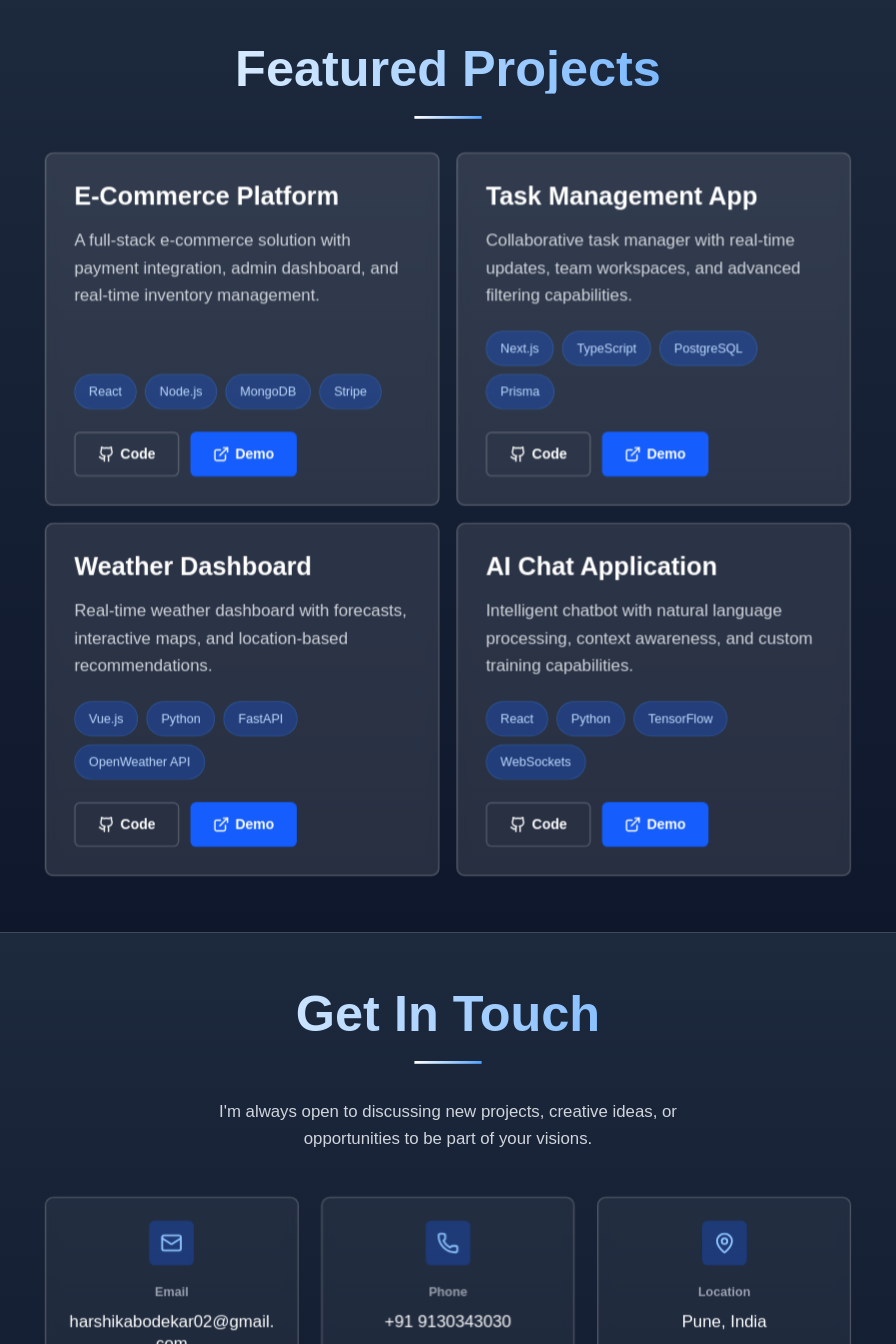
Repository: harshikabodekar/portfolio_awp
Page: /
An editor plug-in stored every save of this project. The page is shown before and after the next save, followed by the edit.
The browser window is 1280 px wide. The pictures show the part of the page from y = 2994 to 4914 px (the page is 5432 px tall before and 5182 px after), at 70% of full size.
The project was rebuilt for these pictures with package versions that can differ from the ones it lists, and the page was loaded fresh each time. The framework's server and built-in components were replaced by stand-ins that run in the browser. Also part of the build but not shown: next.config.mjs.

Above is the page before, as saved 2025-10-15 21:34:03.

### src/app/page.js
import Navbar from "./components/Navbar";
import Hero from "./components/Hero";
import About from "./components/About";
import Skills from "./components/Skills";
import Project from "./components/Project";
import Contact from "./components/Contact";

export default function Home() {
  return (
    <main>
      <Navbar />
      <Hero />
      <About />
      <Skills />
      <Project />
      <Contact />
    </main>
  );
}

### src/app/components/Navbar.js
import React from 'react';

const Navbar = () => {
  return (
    <nav className="bg-gray-900 text-white py-4 px-6 fixed w-full top-0 left-0 z-50 shadow-lg">
      <div className="container mx-auto flex justify-between items-center">
        <h1 className="text-4xl font-bold">My Portfolio</h1>
        <ul className="flex space-x-12">
          <li><a href="#home" className="hover:text-blue-400 text-2xl">Home</a></li>
          <li><a href="#about" className="hover:text-blue-400 text-2xl">About</a></li>
          <li><a href="#skills" className="hover:text-blue-400 text-2xl">Skills</a></li>
          <li><a href="#projects" className="hover:text-blue-400 text-2xl">Projects</a></li>
          <li><a href="#contact" className="hover:text-blue-400 text-2xl">Contact</a></li>
        </ul>
      </div>
    </nav>
  );
};

export default Navbar;

### src/app/components/Hero.js
"use client";
import { Github, Linkedin, Mail } from 'lucide-react';
import Image from 'next/image';

const Hero = () => {
  return (
    <section
      id="home"
      className="py-20 px-6 bg-gradient-to-b from-slate-800 to-slate-900 text-white min-h-screen flex items-center justify-center"
    >
      <div className="container mx-auto px-4">
        <div className="max-w-6xl mx-auto">

          {/* Profile Image */}
          <div className="flex justify-center mb-12">
            <div className="relative w-64 h-64 md:w-80 md:h-80 rounded-full overflow-hidden border-4 border-blue-400/30 shadow-2xl">
              <Image
                src="/profile.jpeg.jpeg"
                alt="Harshika Bodekar"
                fill
                className="object-cover"
                priority
              />
            </div>
          </div>

          {/* Text Content - Centered like About page */}
          <div className="text-center">
            <h1 className="text-4xl sm:text-5xl md:text-6xl lg:text-7xl font-bold mb-8 bg-gradient-to-r from-white to-blue-400 bg-clip-text text-transparent">
              Harshika Bodekar
            </h1>
            <div className="w-24 h-1 bg-gradient-to-r from-white to-blue-400 mx-auto mb-12"></div>

            <p className="text-xl md:text-2xl lg:text-3xl text-gray-300 mb-8 leading-relaxed">
              Computer Science Student | Frontend Developer
            </p>

            <p className="text-xl md:text-2xl lg:text-3xl text-gray-300 mb-12 leading-relaxed">
              Crafting elegant digital experiences with modern technologies.
              Passionate about clean code, intuitive design, and building products that make a difference.
            </p>

            <div className="flex gap-6 justify-center">
              <a
                href="https://github.com/harshikabodekar"
                target="_blank"
                rel="noopener noreferrer"
                className="p-4 rounded-full border-2 border-white/20 hover:border-blue-400/50 transition-all duration-300 hover:bg-white/10"
                aria-label="GitHub Profile"
              >
                <Github className="w-6 h-6" />
              </a>
              <a
                href="https://linkedin.com/in/harshikabodekar"
                target="_blank"
                rel="noopener noreferrer"
                className="p-4 rounded-full border-2 border-white/20 hover:border-blue-400/50 transition-all duration-300 hover:bg-white/10"
                aria-label="LinkedIn Profile"
              >
                <Linkedin className="w-6 h-6" />
              </a>
              <a
                href="mailto:harshikabodekar02@gmail.com"
                className="p-4 rounded-full border-2 border-white/20 hover:border-blue-400/50 transition-all duration-300 hover:bg-white/10"
                aria-label="Email Contact"
              >
                <Mail className="w-6 h-6" />
              </a>
            </div>
          </div>

        </div>
      </div>
    </section>
  );
};

export default Hero;

### src/app/components/About.js
import React from 'react';

const About = () => {
  return (
    <section id="about" className="py-20 px-6 bg-gradient-to-b from-slate-800 to-slate-900 text-white">
      <div className="container mx-auto px-4">
        <div className="max-w-6xl mx-auto">
          <h2 className="text-4xl sm:text-5xl md:text-6xl lg:text-7xl font-bold mb-8 text-center bg-gradient-to-r from-white to-blue-400 bg-clip-text text-transparent">
            About Me
          </h2>
          <div className="w-24 h-1 bg-gradient-to-r from-white to-blue-400 mx-auto mb-12"></div>

          <div className="text-center">
            <p className="text-xl md:text-2xl lg:text-3xl text-gray-300 leading-relaxed mb-8">
              I am Harshika Bodekar, a Computer Science student at Pimpri Chinchwad University.
              With developing expertise in computer science, I craft robust backend solutions.
            </p>
            <p className="text-xl md:text-2xl lg:text-3xl text-gray-300 leading-relaxed mb-8">
              My journey is driven by a passion for building scalable, efficient systems that power modern applications.
              I enjoy tackling complex challenges and exploring cutting-edge tech.
            </p>
            <p className="text-xl md:text-2xl lg:text-3xl text-gray-300 leading-relaxed">
              When I'm not coding, you'll find me exploring new technologies, contributing to
              open-source projects, or sharing knowledge with the developer community.
            </p>
          </div>
        </div>
      </div>
    </section>
  );
};

export default About;

### src/app/components/Skills.js
"use client";
import React from 'react';
import { Code, Database, Layout, Server, Globe, Palette } from 'lucide-react';

const Skills = () => {
  const skillCategories = [
    {
      icon: Code,
      title: "Frontend Development",
      skills: ["React", "Next.js", "JavaScript", "TypeScript", "HTML5", "CSS3", "Tailwind CSS"]
    },
    {
      icon: Server,
      title: "Backend Development",
      skills: [ "Python", "C++", "Java"]
    },
    {
      icon: Database,
      title: "Database",
      skills: ["MongoDB", "Supabase", "MySQL"]
    },
    {
      icon: Layout,
      title: "Tools & Frameworks",
      skills: ["Git", "GitHub", "VS Code", "Figma"]
    },

    {
      icon: Palette,
      title: "Design & UI/UX",
      skills: ["UI Design", "Wireframing", "Prototyping", "User Research"]
    }
  ];

  return (
    <section id="skills" className="py-20 px-6 bg-gradient-to-b from-slate-800 to-slate-900 text-white">
      <div className="container mx-auto px-4">
        <div className="max-w-7xl mx-auto">
          <h2 className="text-4xl sm:text-5xl md:text-6xl lg:text-7xl font-bold mb-8 text-center bg-gradient-to-r from-white to-blue-400 bg-clip-text text-transparent">
            Skills & Expertise
          </h2>
          <div className="w-24 h-1 bg-gradient-to-r from-white to-blue-400 mx-auto mb-12"></div>

          <p className="text-center text-xl md:text-2xl text-gray-300 mb-16 max-w-3xl mx-auto leading-relaxed">
            A comprehensive set of technical skills and tools I use to build modern, scalable applications.
          </p>

          <div className="grid sm:grid-cols-1 md:grid-cols-2 lg:grid-cols-3 gap-10 items-start">
            {skillCategories.map((category, index) => {
              const IconComponent = category.icon;
              return (
                <div
                  key={index}
                  className="border-2 border-white/20 rounded-xl p-10 min-h-[320px] hover:border-blue-400/50 transition-all duration-300 backdrop-blur-sm bg-white/5 group flex flex-col"
                >
                  <div className="flex items-center gap-4 mb-8">
                    <div className="p-4 bg-blue-600/30 rounded-lg group-hover:bg-blue-600/50 transition-all duration-300">
                      <IconComponent className="w-10 h-10 text-blue-300" />
                    </div>
                    <h3 className="text-2xl md:text-3xl font-bold text-white group-hover:text-blue-400 transition-colors">
                      {category.title}
                    </h3>
                  </div>

                  <div className="flex flex-wrap gap-3 flex-1">
                    {category.skills.map((skill, skillIndex) => (
                      <span
                        key={skillIndex}
                        className="px-5 py-2.5 bg-white/10 border border-white/20 rounded-full text-base md:text-lg text-gray-200 hover:bg-blue-600/30 hover:border-blue-400/50 transition-all duration-300 font-medium"
                      >
                        {skill}
                      </span>
                    ))}
                  </div>
                </div>
              );
            })}
          </div>
        </div>
      </div>
    </section>
  );
};

export default Skills;

### src/app/components/Project.js
import React from 'react';
import ProjectCard from './ProjectCard';
import { projectsData } from '../data/projects';

const Projects = () => {
  const projects = [
    {
      title: "E-Commerce Platform",
      description: "A full-stack e-commerce solution with payment integration, admin dashboard, and real-time inventory management.",
      tech: ["React", "Node.js", "MongoDB", "Stripe"],
      github: "https://github.com",
      demo: "https://demo.com"
    },
    {
      title: "Task Management App",
      description: "Collaborative task manager with real-time updates, team workspaces, and advanced filtering capabilities.",
      tech: ["Next.js", "TypeScript", "PostgreSQL", "Prisma"],
      github: "https://github.com",
      demo: "https://demo.com"
    },
    {
      title: "Weather Dashboard",
      description: "Real-time weather dashboard with forecasts, interactive maps, and location-based recommendations.",
      tech: ["Vue.js", "Python", "FastAPI", "OpenWeather API"],
      github: "https://github.com",
      demo: "https://demo.com"
    },
    {
      title: "AI Chat Application",
      description: "Intelligent chatbot with natural language processing, context awareness, and custom training capabilities.",
      tech: ["React", "Python", "TensorFlow", "WebSockets"],
      github: "https://github.com",
      demo: "https://demo.com"
    }
  ];

  return (
    <section id="projects" className="py-20 px-6 bg-gradient-to-b from-slate-800 to-slate-900 text-white">
      <div className="container mx-auto px-4">
        <div className="max-w-6xl mx-auto">
          <h2 className="text-4xl sm:text-5xl md:text-6xl lg:text-7xl font-bold mb-8 text-center bg-gradient-to-r from-white to-blue-400 bg-clip-text text-transparent">
            Featured Projects
          </h2>
          <div className="w-24 h-1 bg-gradient-to-r from-white to-blue-400 mx-auto mb-12"></div>

          <div className="grid sm:grid-cols-1 md:grid-cols-2 gap-6">
            {projects.map((project, index) => (
              <ProjectCard key={index} project={project} />
            ))}
          </div>
        </div>
      </div>
    </section>
  );
};

export default Projects;

### src/app/components/Contact.js
"use client";
import { Mail, Phone, MapPin, Github, Linkedin, Twitter } from 'lucide-react';

const Contact = () => {
  const contactInfo = [
    {
      icon: Mail,
      label: "Email",
      value: "harshikabodekar02@gmail.com",
      href: "mailto:harshikabodekar02@gmail.com"
    },
    {
      icon: Phone,
      label: "Phone",
      value: "+91 9130343030",
      href: "tel:+919130343030"
    },
    {
      icon: MapPin,
      label: "Location",
      value: "Pune, India",
      href: "#"
    }
  ];

  const socialLinks = [
    {
      icon: Github,
      label: "GitHub",
      href: "https://github.com/harshikabodekar"
    },
    {
      icon: Linkedin,
      label: "LinkedIn",
      href: "https://linkedin.com/in/harshikabodekar"
    },
    {
      icon: Twitter,
      label: "Twitter",
      href: "https://twitter.com/harshikabodekar"
    }
  ];

  return (
    <section id="contact" className="py-20 px-6 bg-gradient-to-b from-slate-800 to-slate-900 text-white">
      <div className="container mx-auto px-4">
        <div className="max-w-6xl mx-auto">
          <h2 className="text-4xl sm:text-5xl md:text-6xl lg:text-7xl font-bold mb-8 text-center bg-gradient-to-r from-white to-blue-400 bg-clip-text text-transparent">
            Get In Touch
          </h2>
          <div className="w-24 h-1 bg-gradient-to-r from-white to-blue-400 mx-auto mb-12"></div>

          <p className="text-center text-xl md:text-2xl text-gray-300 mb-16 max-w-3xl mx-auto leading-relaxed">
            I'm always open to discussing new projects, creative ideas, or opportunities to be part of your visions.
          </p>

          <div className="grid md:grid-cols-3 gap-8 mb-16">
            {contactInfo.map((info, index) => (
              <div
                key={index}
                className="border-2 border-white/20 rounded-xl p-8 hover:border-blue-400/50 transition-all duration-300 backdrop-blur-sm bg-white/5 text-center group"
              >
                <div className="inline-flex p-4 bg-blue-600/30 rounded-lg mb-6 group-hover:bg-blue-600/50 transition-all duration-300">
                  <info.icon className="w-8 h-8 text-blue-300" />
                </div>
                <h3 className="text-lg font-semibold text-gray-400 mb-3">{info.label}</h3>
                <a
                  href={info.href}
                  className="text-xl md:text-2xl text-white hover:text-blue-400 transition-colors duration-300 break-words"
                >
                  {info.value}
                </a>
              </div>
            ))}
          </div>

          <div className="border-2 border-white/20 rounded-xl p-10 backdrop-blur-sm bg-white/5">
            <h3 className="text-3xl md:text-4xl font-bold mb-8 text-center bg-gradient-to-r from-white to-blue-400 bg-clip-text text-transparent">
              Connect With Me
            </h3>

            <div className="flex justify-center gap-6 mb-10">
              {socialLinks.map((social, index) => (
                <a
                  key={index}
                  href={social.href}
                  target="_blank"
                  rel="noopener noreferrer"
                  className="p-4 rounded-full border-2 border-white/20 hover:border-blue-400/50 transition-all duration-300 hover:bg-white/10"
                  aria-label={social.label}
                >
                  <social.icon className="w-8 h-8" />
                </a>
              ))}
            </div>

            <div className="text-center">
              <a
                href="mailto:harshikabodekar02@gmail.com"
                className="inline-flex items-center gap-3 px-8 py-4 bg-blue-600 hover:bg-blue-700 rounded-full text-lg md:text-xl font-semibold transition-all duration-300 hover:shadow-lg hover:shadow-blue-500/50"
              >
                <Mail className="w-6 h-6" />
                Send Me an Email
              </a>
            </div>
          </div>
        </div>
      </div>
    </section>
  );
};

export default Contact;

### src/app/components/ProjectCard.js
"use client";
import { Github, ExternalLink } from 'lucide-react';

const ProjectCard = ({ project }) => {
  return (
    <div className="bg-white/10 backdrop-blur-sm border-2 border-white/20 rounded-xl p-10 min-h-[420px] hover:border-blue-400/50 transition-all duration-300 group flex flex-col">
      <h3 className="text-3xl md:text-4xl font-bold mb-6 text-white group-hover:text-blue-400 transition-colors">
        {project.title}
      </h3>

      <p className="text-xl md:text-2xl text-gray-300 mb-8 leading-relaxed flex-grow">
        {project.description}
      </p>

      <div className="flex flex-wrap gap-3 mb-8">
        {project.tech.map((tech, index) => (
          <span
            key={index}
            className="px-5 py-2.5 bg-blue-600/30 border border-blue-400/30 rounded-full text-base md:text-lg text-blue-200 font-medium"
          >
            {tech}
          </span>
        ))}
      </div>

      <div className="flex gap-4 flex-wrap">
        <a
          href={project.github}
          target="_blank"
          rel="noopener noreferrer"
          className="flex items-center gap-2 px-8 py-4 border-2 border-white/20 rounded-lg hover:border-blue-400/50 hover:bg-white/10 transition-all duration-300 text-lg md:text-xl font-semibold"
        >
          <Github className="w-6 h-6" />
          Code
        </a>
        <a
          href={project.demo}
          target="_blank"
          rel="noopener noreferrer"
          className="flex items-center gap-2 px-8 py-4 bg-blue-600 hover:bg-blue-700 rounded-lg transition-all duration-300 text-lg md:text-xl font-semibold"
        >
          <ExternalLink className="w-6 h-6" />
          Demo
        </a>
      </div>
    </div>
  );
};

export default ProjectCard;

Loaded but not shown: src/app/layout.js (common file); src/app/globals.css (common file); src/app/data/projects.js (no stored copy; drawn as an empty file)

After the next save:
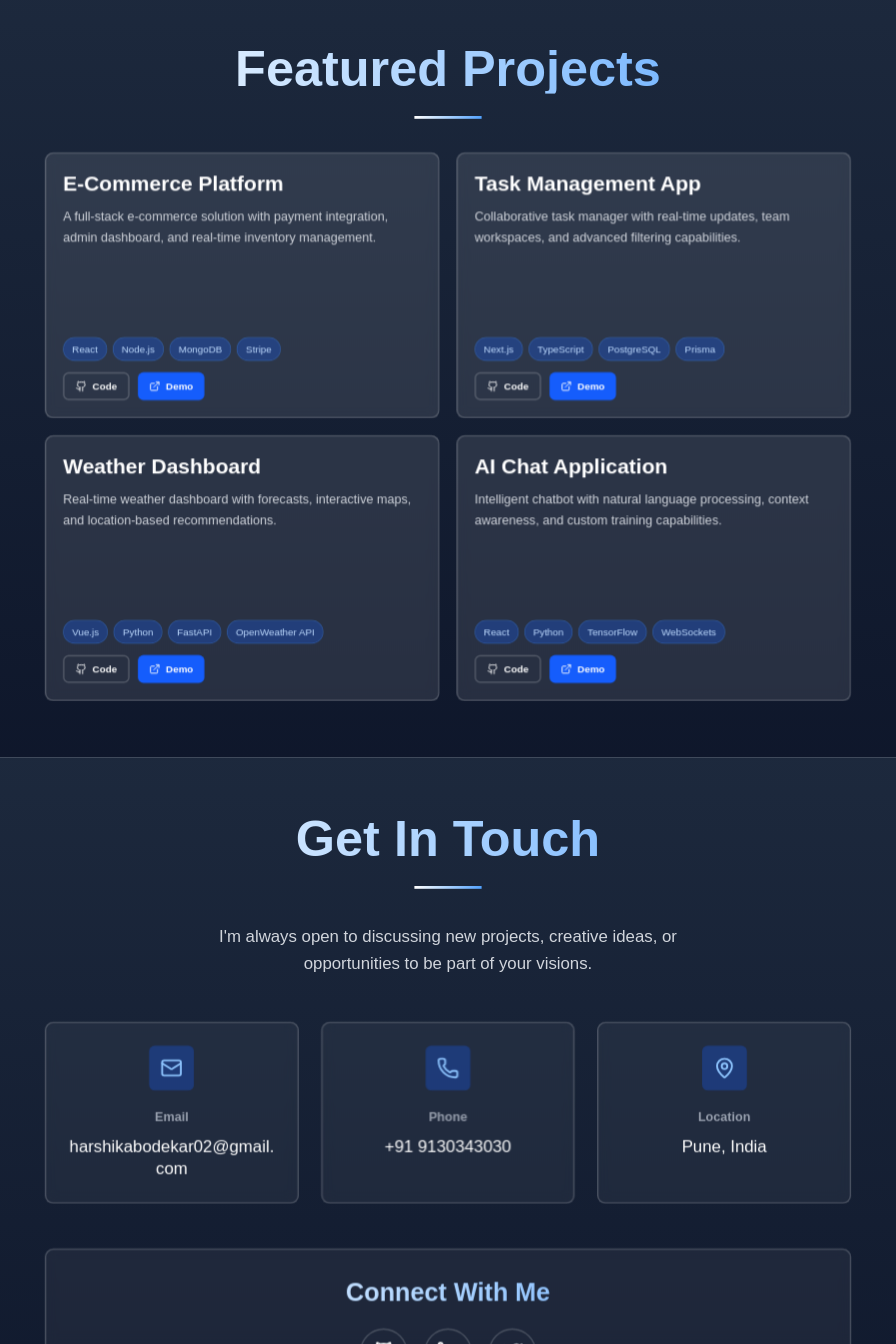
Saved 2 s later.
--- a/src/app/components/ProjectCard.js
+++ b/src/app/components/ProjectCard.js
@@ -3,43 +3,43 @@ import { Github, ExternalLink } from 'lucide-react';
 
 const ProjectCard = ({ project }) => {
   return (
-    <div className="bg-white/10 backdrop-blur-sm border-2 border-white/20 rounded-xl p-10 min-h-[420px] hover:border-blue-400/50 transition-all duration-300 group flex flex-col">
-      <h3 className="text-3xl md:text-4xl font-bold mb-6 text-white group-hover:text-blue-400 transition-colors">
+    <div className="bg-white/10 backdrop-blur-sm border-2 border-white/20 rounded-xl p-6 h-[380px] hover:border-blue-400/50 transition-all duration-300 group flex flex-col">
+      <h3 className="text-2xl md:text-3xl font-bold mb-4 text-white group-hover:text-blue-400 transition-colors">
         {project.title}
       </h3>
 
-      <p className="text-xl md:text-2xl text-gray-300 mb-8 leading-relaxed flex-grow">
+      <p className="text-base md:text-lg text-gray-300 mb-4 leading-relaxed flex-grow">
         {project.description}
       </p>
 
-      <div className="flex flex-wrap gap-3 mb-8">
+      <div className="flex flex-wrap gap-2 mb-4">
         {project.tech.map((tech, index) => (
           <span
             key={index}
-            className="px-5 py-2.5 bg-blue-600/30 border border-blue-400/30 rounded-full text-base md:text-lg text-blue-200 font-medium"
+            className="px-3 py-1.5 bg-blue-600/30 border border-blue-400/30 rounded-full text-sm text-blue-200 font-medium"
           >
             {tech}
           </span>
         ))}
       </div>
 
-      <div className="flex gap-4 flex-wrap">
+      <div className="flex gap-3">
         <a
           href={project.github}
           target="_blank"
           rel="noopener noreferrer"
-          className="flex items-center gap-2 px-8 py-4 border-2 border-white/20 rounded-lg hover:border-blue-400/50 hover:bg-white/10 transition-all duration-300 text-lg md:text-xl font-semibold"
+          className="flex items-center gap-2 px-4 py-2 border-2 border-white/20 rounded-lg hover:border-blue-400/50 hover:bg-white/10 transition-all duration-300 text-sm font-semibold"
         >
-          <Github className="w-6 h-6" />
+          <Github className="w-4 h-4" />
           Code
         </a>
         <a
           href={project.demo}
           target="_blank"
           rel="noopener noreferrer"
-          className="flex items-center gap-2 px-8 py-4 bg-blue-600 hover:bg-blue-700 rounded-lg transition-all duration-300 text-lg md:text-xl font-semibold"
+          className="flex items-center gap-2 px-4 py-2 bg-blue-600 hover:bg-blue-700 rounded-lg transition-all duration-300 text-sm font-semibold"
         >
-          <ExternalLink className="w-6 h-6" />
+          <ExternalLink className="w-4 h-4" />
           Demo
         </a>
       </div>
